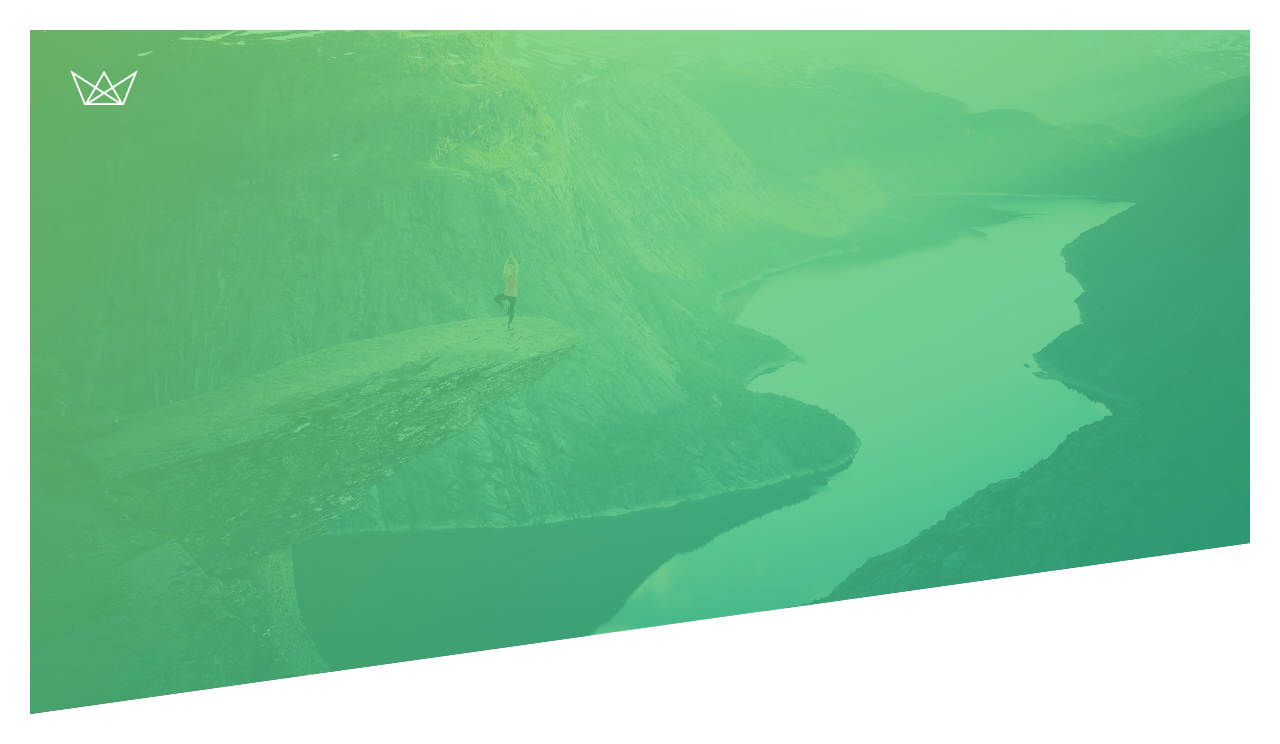
Repository: taivuong95/natours-fe
Page: index.html
The author's editor kept a copy of each file at every save. The page is drawn from the files as they stood at one save, then again after the next save.
The browser window is 1280 px wide. The pictures show the whole page.

Above is the page before, as saved 2020-12-09 15:19:28.

After the next save:
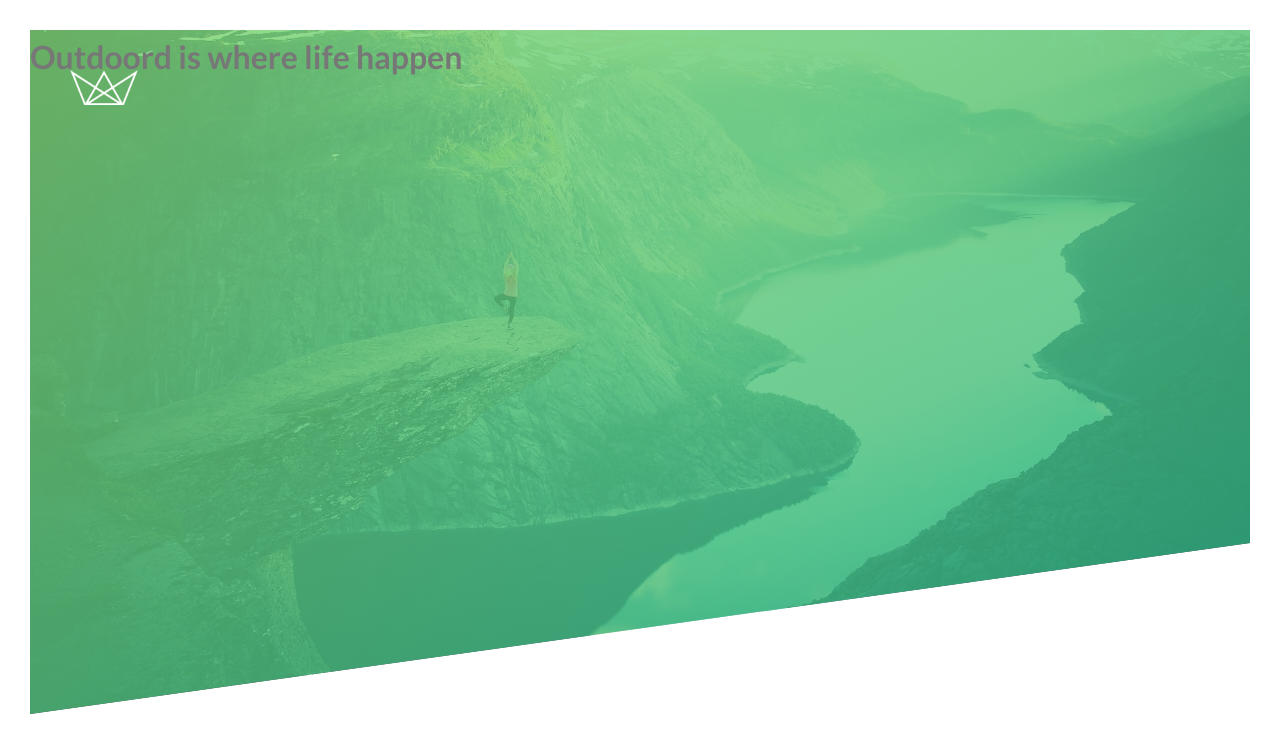
Saved 2 min 3 s later.
--- a/index.html
+++ b/index.html
@@ -17,6 +17,11 @@
            <div class="logo-box">
                <img src="img/logo-white.png" alt="" class="logo">
            </div>
+
+           <h1 class="heading-primary">
+               <span class="heading-primary-main">Outdoord</span>
+               <span class="heading-primary-sub">is where life happen</span>
+           </h1>
         </header>
 
     </body>
